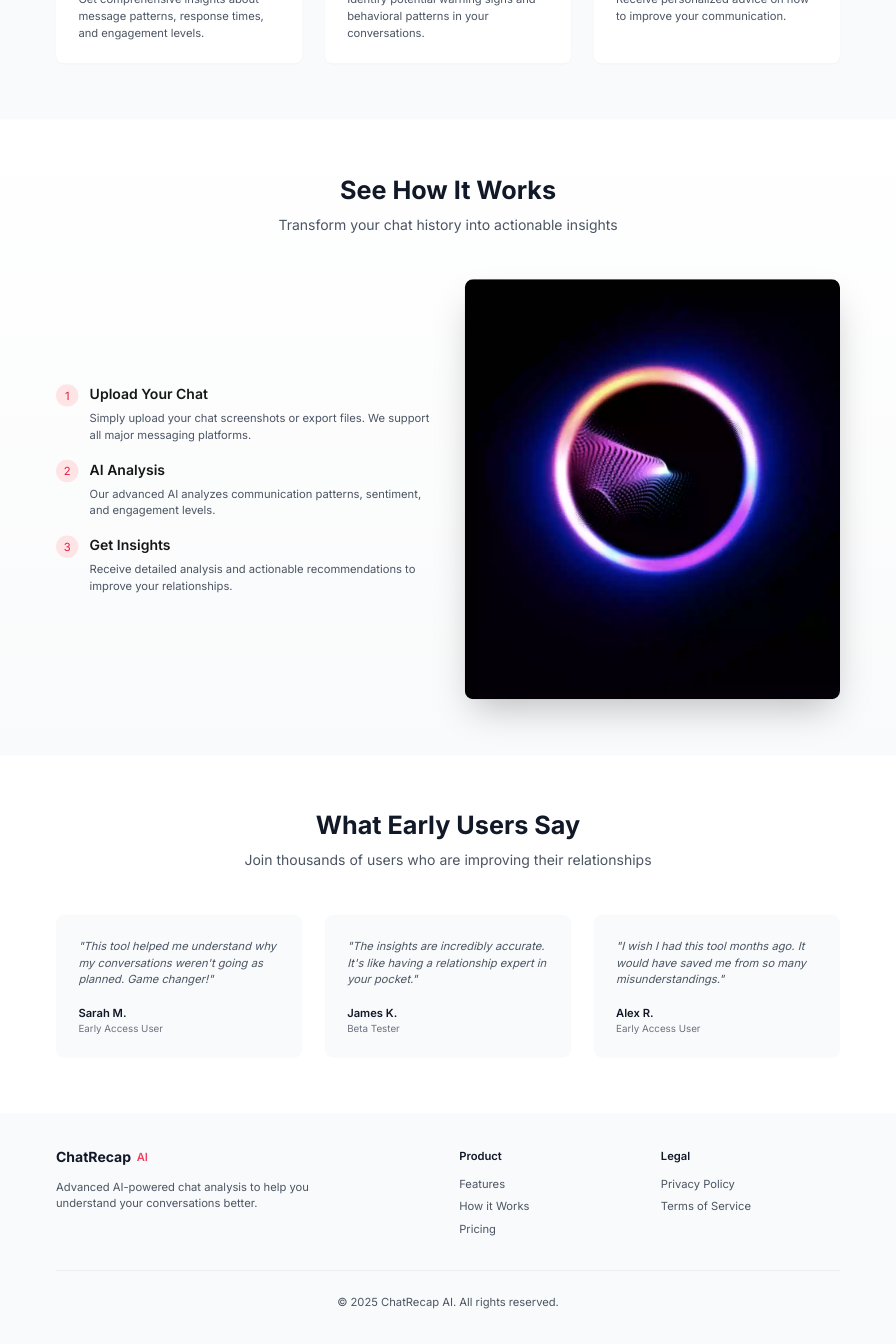
Repository: eurekabot123/chatrecap-ai
Page: /
The author's editor kept a copy of each file at every save. The page is drawn from the files as they stood at one save, then again after the next save.
The browser window is 1280 px wide. The pictures show the part of the page from y = 1697 to 3617 px (the page is 3617 px tall), at 70% of full size.
The project was rebuilt for these pictures with package versions that can differ from the ones it lists, and the page was loaded fresh each time. The framework's server and built-in components were replaced by stand-ins that run in the browser. Also part of the build but not shown: next.config.ts.

Above is the page before, as saved 2025-01-13 02:58:25.

After the next save:
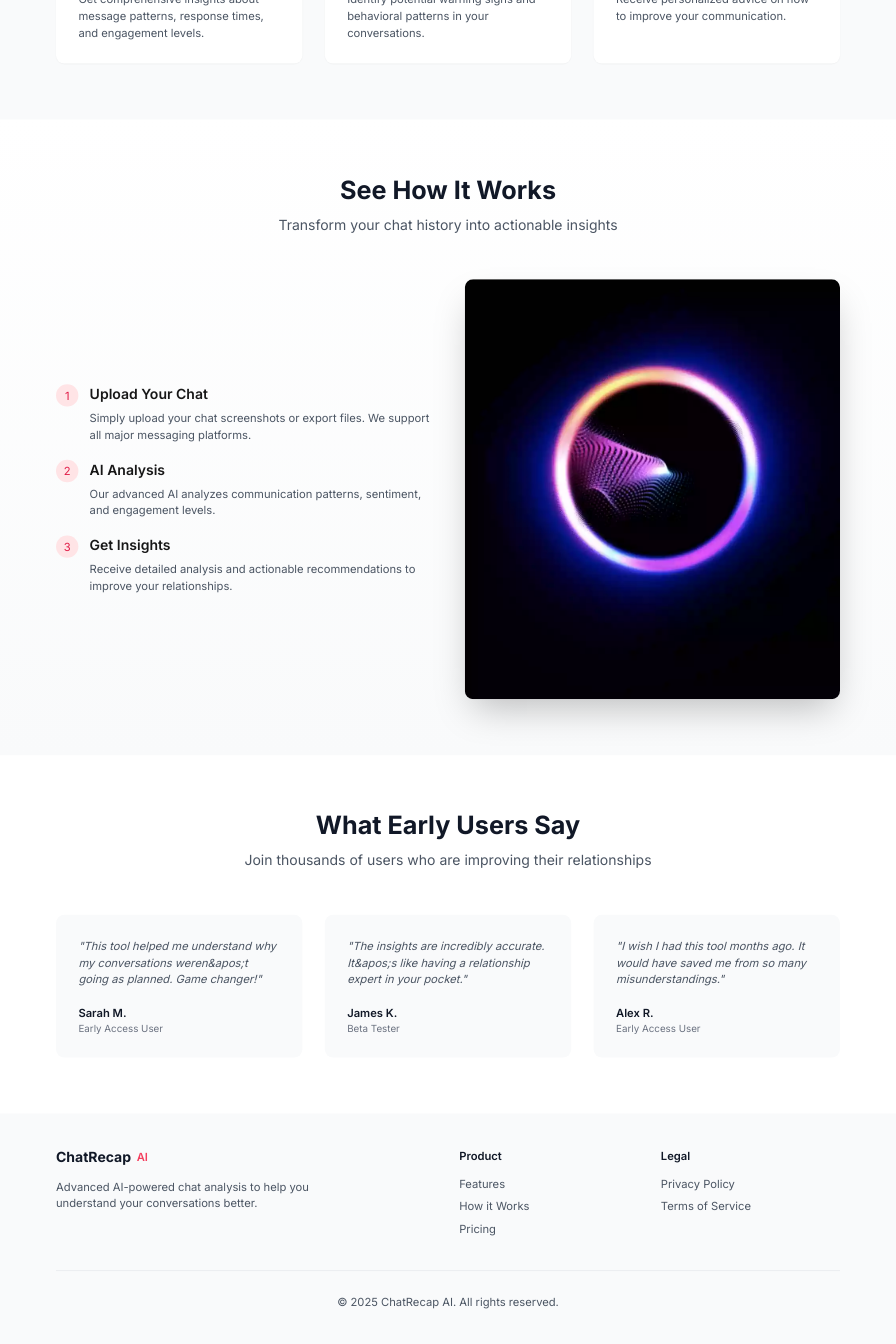
Saved 43 s later.
--- a/src/components/home/Testimonials.tsx
+++ b/src/components/home/Testimonials.tsx
@@ -4,12 +4,12 @@ import { motion } from 'framer-motion'
 
 const testimonials = [
   {
-    quote: "This tool helped me understand why my conversations weren't going as planned. Game changer!",
+    quote: "This tool helped me understand why my conversations weren&apos;t going as planned. Game changer!",
     author: "Sarah M.",
     title: "Early Access User"
   },
   {
-    quote: "The insights are incredibly accurate. It's like having a relationship expert in your pocket.",
+    quote: "The insights are incredibly accurate. It&apos;s like having a relationship expert in your pocket.",
     author: "James K.",
     title: "Beta Tester"
   },
--- a/src/components/home/UploadClient.tsx
+++ b/src/components/home/UploadClient.tsx
@@ -2,7 +2,7 @@
 
 import { useState } from 'react'
 import { motion } from 'framer-motion'
-import { CloudArrowUpIcon, EnvelopeIcon } from '@heroicons/react/24/outline'
+import { CloudArrowUpIcon } from '@heroicons/react/24/outline'
 
 export function UploadArea() {
   const [isDragging, setIsDragging] = useState(false)
@@ -108,7 +108,7 @@ export function UploadArea() {
                   🎉 You're on the list!
                 </h3>
                 <p className="text-gray-600">
-                  We'll notify you as soon as we launch. Thank you for your interest!
+                  We&apos;ll notify you as soon as we launch. Thank you for your interest!
                 </p>
               </>
             )}
